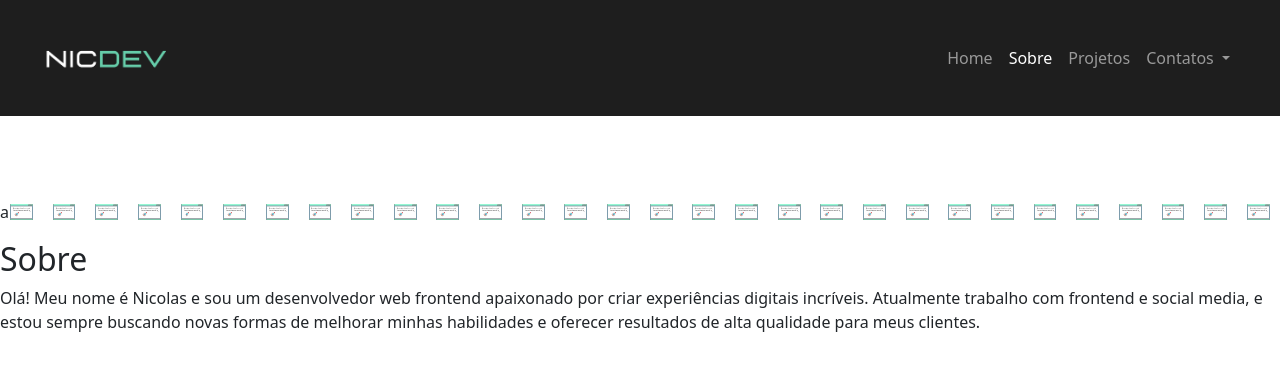
Repository: Leonngc/nicdev
Page: about.html
The author's editor kept a copy of each file at every save. The page is drawn from the files as they stood at one save, then again after the next save.
The browser window is 1280 px wide. The pictures show the whole page.
Some web libraries are served in a nearby version.

Above is the page before, as saved 2023-04-15 13:40:51.

After the next save:
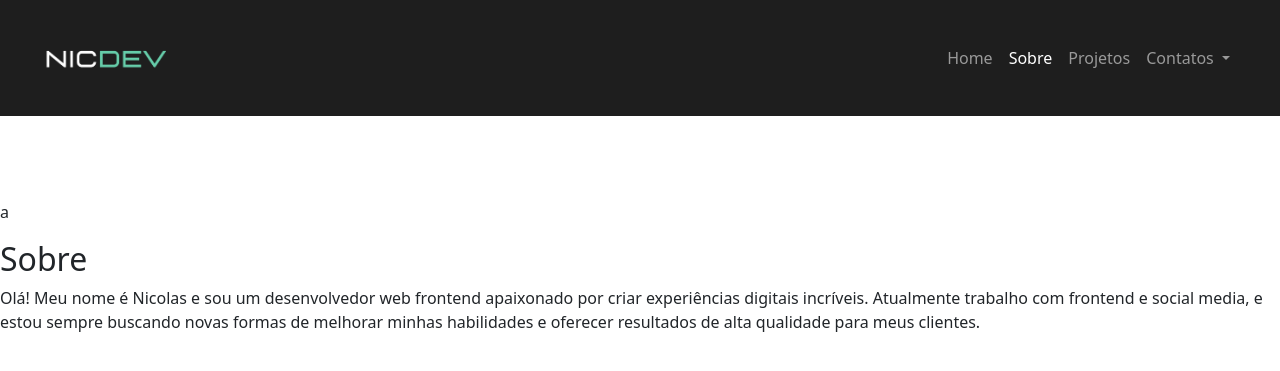
Saved 11 s later.
--- a/styles/about.css
+++ b/styles/about.css
@@ -16,7 +16,3 @@
 main{
     margin-top: 200px;
 }
-
-.background{
-    background-image: url(../images/sloganweb\ \(1\)_adobe_express.svg);
-}
